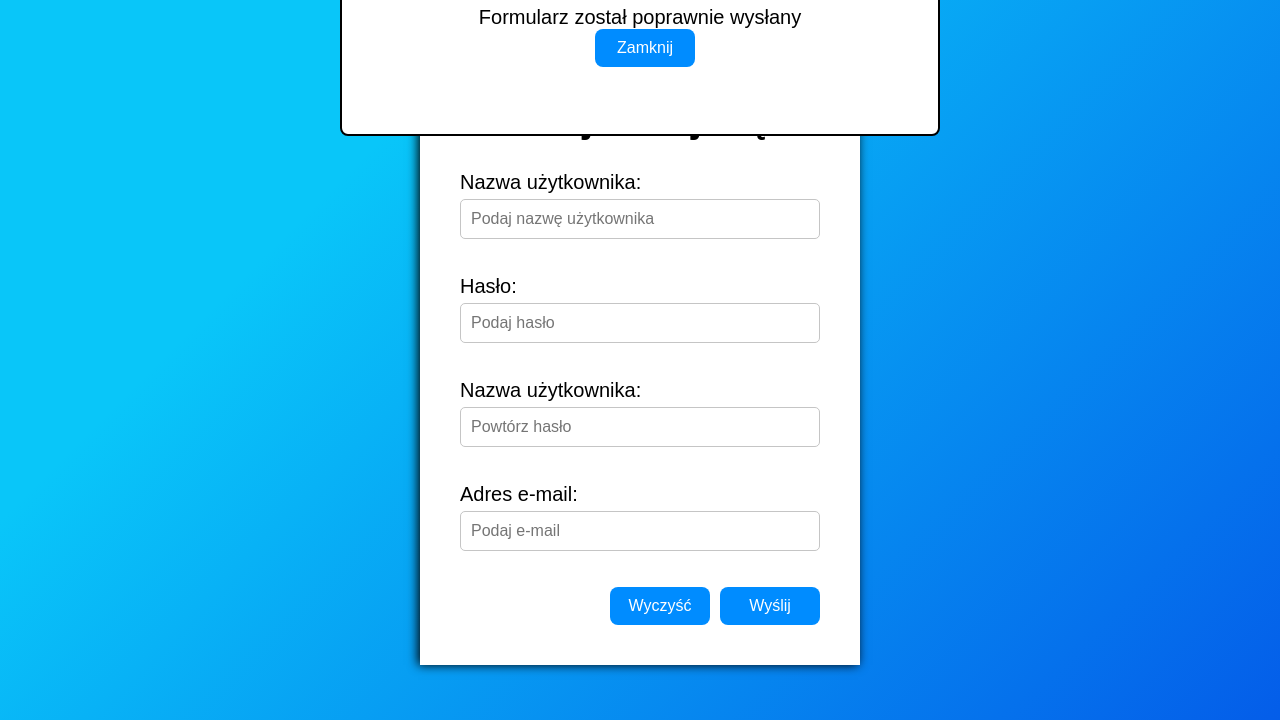
Repository: KrzysKolo/Projekt-3_Formularz-rejestracyjny
Page: index.html
An editor plug-in stored every save of this project. The page is shown before and after the next save, followed by the edit.
The browser window is 1280 px wide. The pictures show the whole page.
Some web fonts or font styles are not loaded; a fallback is used.

Above is the page before, as saved 2020-07-04 03:46:39.

### index.html
<!DOCTYPE html>
<html lang="en">
  <head>
    <meta charset="UTF-8" />
    <meta name="viewport" content="width=device-width, initial-scale=1.0" />
    <title>Projekt 3 - Logowanie</title>
    <link
      href="https://fonts.googleapis.com/css2?family=Aldrich&family=Overpass+Mono:wght@300&display=swap"
      rel="stylesheet"
    />
    <link rel="stylesheet" href="./css/style.css" />
  </head>
  <body>
    <main class="wrapper">
      <form class="form">
        <h1>Zarejestruj się!</h1>
        <div class="form-box">
          <label for="username">Nazwa użytkownika: </label>
          <input
            type="text"
            id="username"
            placeholder="Podaj nazwę użytkownika"
          />
          <p class="error-text">error</p>
        </div>

        <div class="form-box">
          <label for="password">Hasło: </label>
          <input type="password" id="password" placeholder="Podaj hasło" />
          <p class="error-text">error</p>
        </div>

        <div class="form-box">
          <label for="password2">Nazwa użytkownika: </label>
          <input type="password" id="password2" placeholder="Powtórz hasło" />
          <p class="error-text">error</p>
        </div>

        <div class="form-box">
          <label for="email">Adres e-mail: </label>
          <input type="email" id="email" placeholder="Podaj e-mail" />
          <p class="error-text">error</p>
        </div>

        <div class="control-button">
          <button class="clear">Wyczyść</button>
          <button class="send">Wyślij</button>
        </div>

        <div class="popup">
          <p>Formularz został poprawnie wysłany</p>
          <button class="close">Zamknij</button>
        </div>
      </form>
    </main>
  </body>
</html>

### css/style.css
* {
  box-sizing: border-box;
  margin: 0;
  padding: 0;
}
body {
  display: flex;
  justify-content: center;
  align-items: center;
  min-height: 100vh;
  font-family: "Aldrich", sans-serif;
  background-image: linear-gradient(315deg, #045de9 0%, #09c6f9 74%);
}
.wrapper {
  width: 440px;
  background-color: #fff;
  box-shadow: -2px 0 10px #000;
}
.form {
  padding: 40px;
  font-size: 20px;
}
h1 {
  margin-bottom: 30px;
  text-align: center;
}
.form-box {
  margin-bottom: 15px;
}
.form-box label {
  display: inline-block;
  margin-bottom: 5px;
}
.form-box input {
  width: 100%;
  padding: 10px;
  font-size: 16px;
  border: 1px solid rgb(197, 197, 197);
  border-radius: 5px;
}
.form-box.error input {
  border: 1px solid rgb(0, 117, 250);
  background-color: 1px solid rgba(0, 117, 250, 0.1);
}
.form-box .error-text {
  margin: 5px 0 0 10px;
  font-size: 14px;
  color: 1px solid rgb(0, 117, 250);
  font-family: "Overpass Mono", monospace;
  visibility: hidden;
}
.form-box.error .error-text {
  visibility: visible;
}
.control-button {
  display: flex;
  flex-direction: row;
  justify-content: flex-end;
}
.send,
.clear,
.close {
  display: inline-block;
  padding: 10px 0;
  margin-left: 10px;
  width: 100px;
  font-size: 16px;
  background-color: rgb(0, 140, 255);
  color: #fff;
  border: none;
  border-radius: 8px;
  cursor: pointer;
  transition: background-color 0.3s;
}
.send:hover,
.clear:hover,
.close:hover {
  background-color: rgb(0, 107, 194);
}
.popup {
  display: flex;
  justify-content: center;
  align-items: center;
  flex-direction: column;
  position: absolute;
  top: 5%;
  left: 50%;
  transform: translate(-50%, -50%);
  width: 600px;
  height: 200px;
  background-color: #fff;
  border-radius: 8px;
  border: 2px solid black;
}

After the next save:
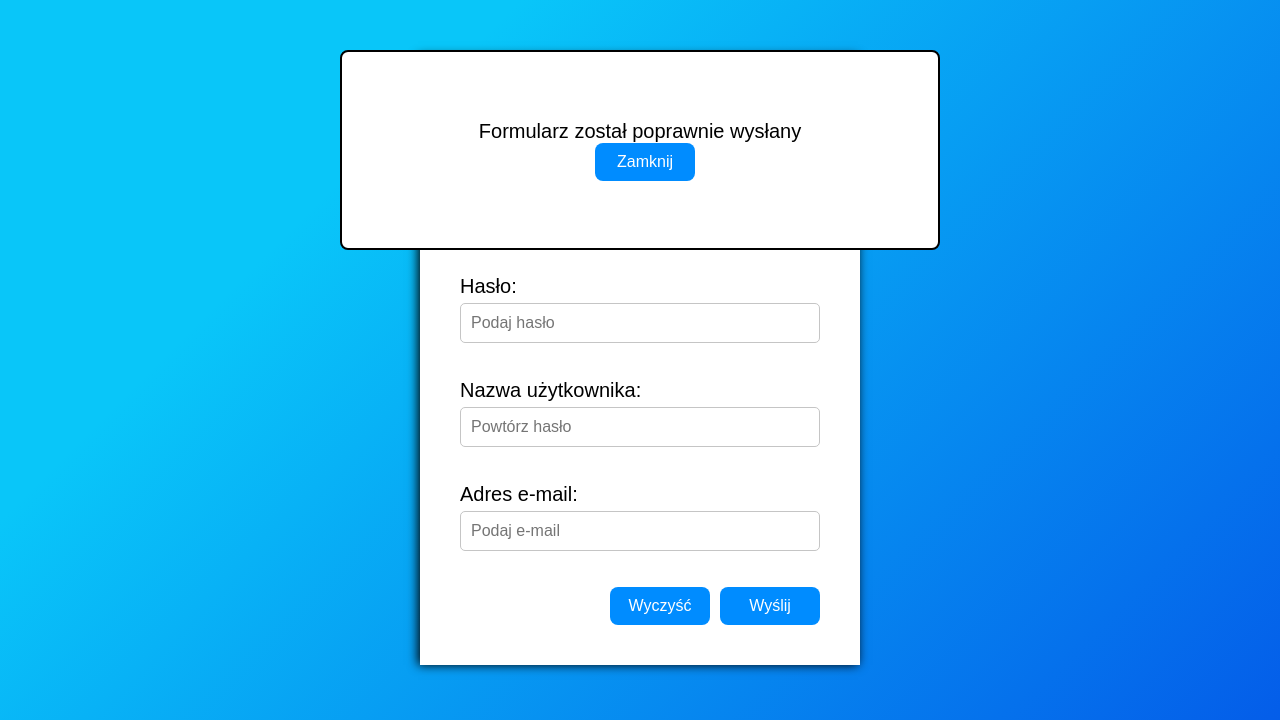
Saved 19 s later.
--- a/css/style.css
+++ b/css/style.css
@@ -83,7 +83,7 @@ h1 {
   align-items: center;
   flex-direction: column;
   position: absolute;
-  top: 5%;
+  top: 150px;
   left: 50%;
   transform: translate(-50%, -50%);
   width: 600px;
